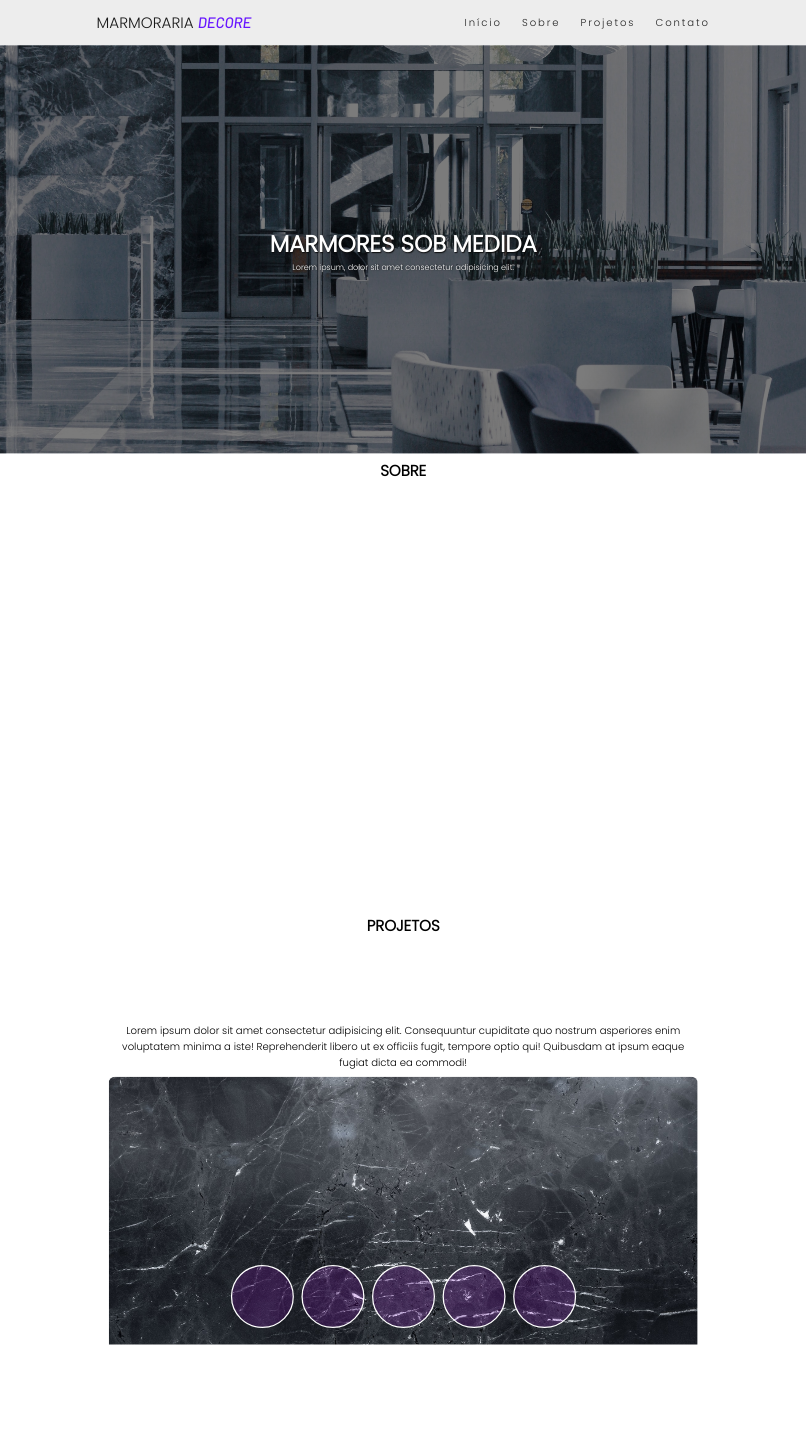
Repository: XFERRER7/projeto-xt7
Page: projetoMarmoraria/index.html
The author's editor kept a copy of each file at every save. The page is drawn from the files as they stood at one save, then again after the next save.
The browser window is 1280 px wide. The pictures show the whole page, at 63% of full size.

Above is the page before, as saved 2022-04-21 17:27:21.

After the next save:
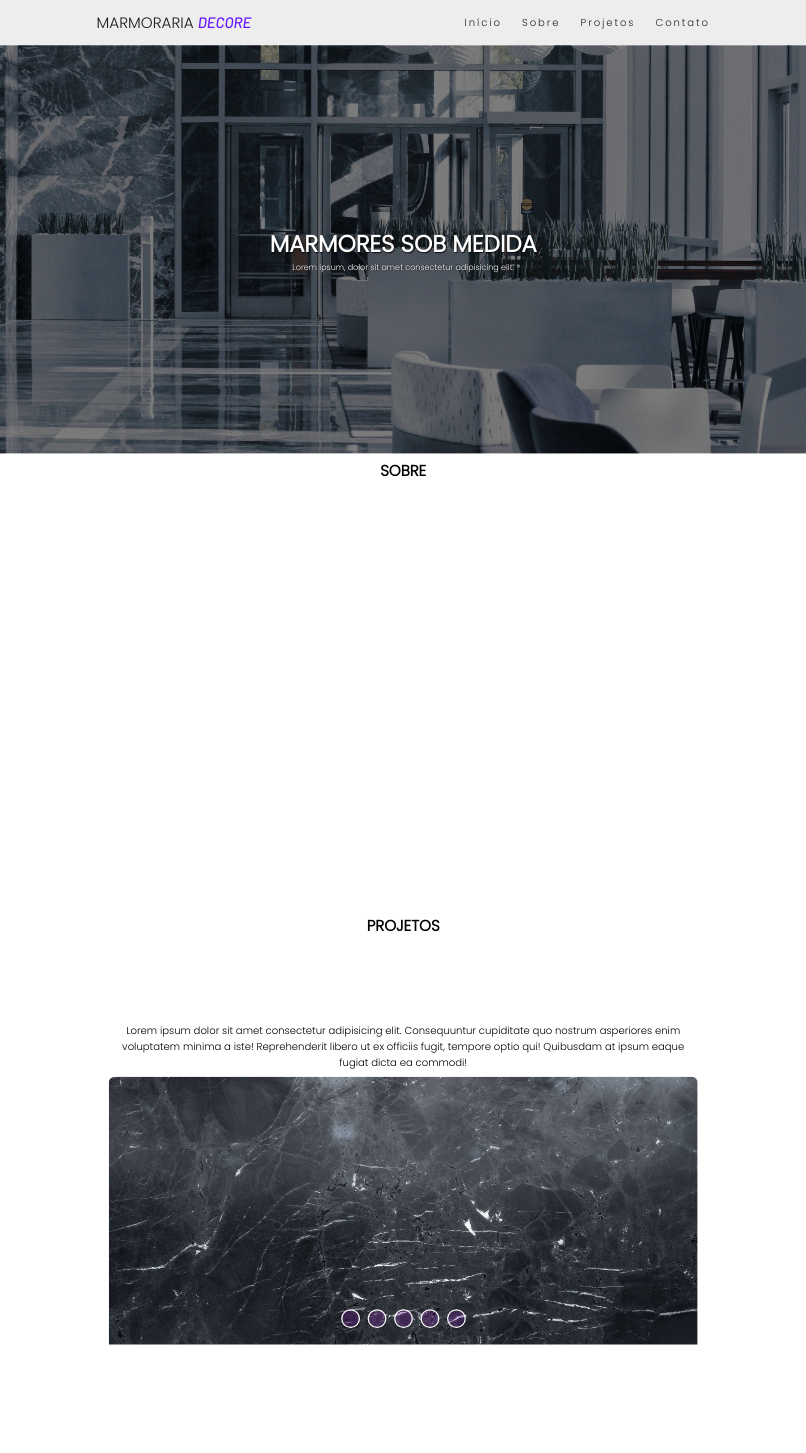
Saved 9 s later.
--- a/projetoMarmoraria/css/style.css
+++ b/projetoMarmoraria/css/style.css
@@ -231,8 +231,8 @@ main {
 
 .bar {
   background-color: #b617ff28;
-  height: 100px;
-  width: 100px;
+  height: 30px;
+  width: 30px;
   border: 2px solid rgb(255, 255, 255);
   margin: 6px;
   border-radius: 5px;
